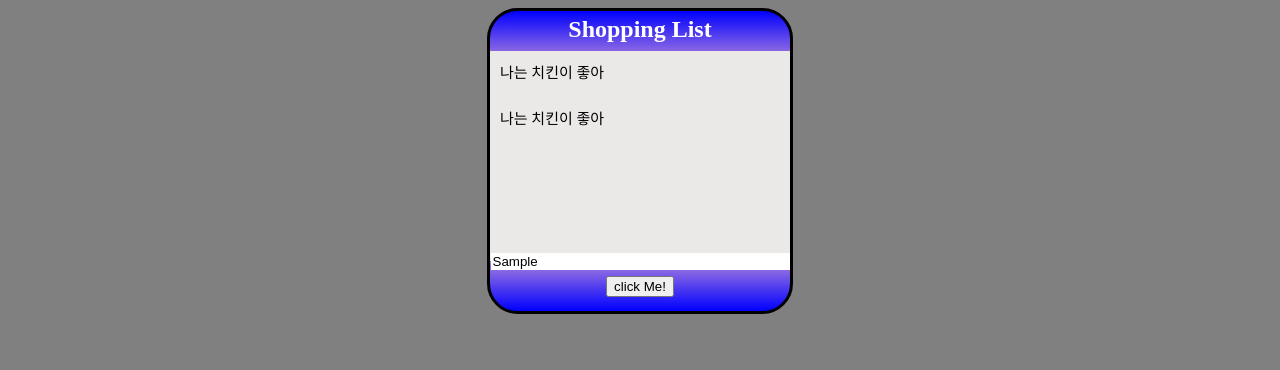
Repository: DevMinwoo-Jung/JavaScript101
Page: WebApIs/shoppingApp/index.html
These files come from the project's save history. The page is drawn as it stood at one moment and after the next save; the edit follows.
The browser window is 1280 px wide. The pictures show the whole page.
Empty fields were first filled with sample values (such as "Sample", 5 or name@example.com).
After loading, the first visible `button.addItem` was clicked once.

Above is the page before, as saved 2021-06-14 11:59:24.
Console error (its wording comes from the project's code and is left out).

After the next save:
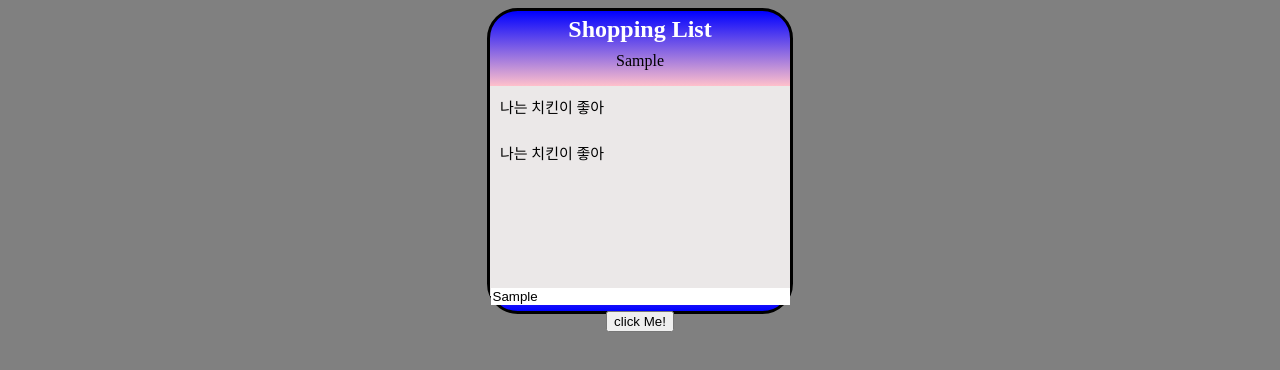
The error is gone.
Saved 2 min 25 s later.
--- a/WebApIs/shoppingApp/main.js
+++ b/WebApIs/shoppingApp/main.js
@@ -17,7 +17,7 @@ addButton.addEventListener('click', () => {
   let currentP = document.querySelector('.item__list');
 
   newP.appendChild(newContent);
-  document.body.insertBefore(newP, currentP.nextSibling);
+  currentP.parentNode.insertBefore(newP, currentP);
   // console.log(inputValue.value);
   // console.log(currentP);
   // console.log(newP.appendChild(newContent));
